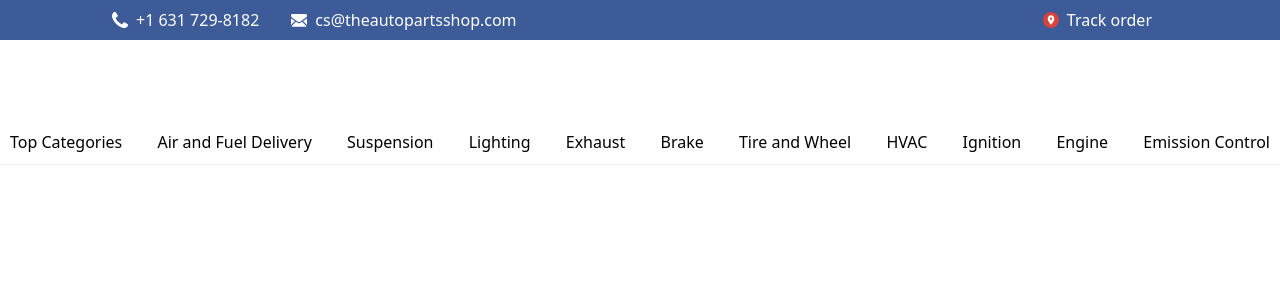
Repository: robindhimanspineor/TAPS-Next
Page: /
These files come from the project's save history. The page is drawn as it stood at one moment and after the next save; the edit follows.
The browser window is 1280 px wide. The pictures show the whole page.
The project was rebuilt for these pictures with package versions that can differ from the ones it lists, and the page was loaded fresh each time. The framework's server and built-in components were replaced by stand-ins that run in the browser. Also part of the build but not shown: next.config.js.

Above is the page before, as saved 2021-09-16 16:52:34.

### src/pages/index.tsx
// import { useRouter } from 'next/router';

// import { Meta } from '../layout/Meta';
// import { Main } from '../templates/Main';
import Header from '../components/common/header';

const Index = () => {
  // const router = useRouter();

  return (
    // <Main
    //   meta={
    //     <Meta
    //       title="Next.js Boilerplate Presentation"
    //       description="Next js Boilerplate is the perfect starter code for your project. Build your React application with the Next.js framework."
    //     />
    //   }
    // >
    // </Main>
    <div>
      <main className="main-container block">
        <Header />
      </main>
    </div>
  );
};

export default Index;

### src/styles/main.css
@tailwind base;
a {
  @apply text-blue-700;
}

a:hover {
  @apply border-b-2 border-blue-700;
}

@tailwind components;
@tailwind utilities;
.content p {
  @apply my-6;
}

.content ul {
  @apply my-6;
}

a {
  text-decoration: none;
  color: black;
}

.logo {
  flex-basis: 260px;
  display: flex;
  align-items: center;
  justify-content: flex-start;
  padding-left: 20px;
}

### src/components/common/header/index.tsx
import TopHeader from './top-header';
import MainHeader from './main-header';
import CategoriesHeader from './categories-header';

const Header = () => {
  return (
    <header className="flex flex-col items-center justify-center w-full static border-b z-50">
      <TopHeader />
      <MainHeader />
      <CategoriesHeader />
    </header>
  );
};

export default Header;

### src/components/common/header/top-header.tsx
import PhoneHandle from '../../../svg/PhoneHandleSvg.js';
import MailBoxSvg from '../../../svg/MailBoxSvg.js';
import TrackOrderSvg from '../../../svg/TrackOrderSvg.js';

import topHeaderStyles from '../../../styles/top-header.module.css';
const TopHeader = () => {
  return (
    <div
      className={`${topHeaderStyles.bgBlue} head-top flex justify-between py-2 pr-32 pl-28  w-full text-base`}
    >
      <div className="w-screen max-w-screen-xl flex justify-between">
        <div className="head-top-left flex text-white font-medium w-9/12">
          <div className="head-top-phone flex items-center text-white w-auto">
            <div
              className="text-white h-6 w-6 flex items-center pr-2"
              style={{ fill: '#fff' }}
            >
              <PhoneHandle />
            </div>
            <p>+1 631 729-8182</p>
          </div>
          <div className="heap-top-email flex items-center text-white w-auto ml-8">
            <div
              className="text-white h-6 w-6 flex items-center pr-2"
              style={{ fill: '#fff' }}
            >
              <MailBoxSvg />
            </div>
            <p>cs@theautopartsshop.com</p>
          </div>
        </div>
        <div className="head-top-right text-white font-medium">
          <div
            className="head-top-track-order flex items-center text-white w-auto cursor-pointer"
            onClick={() => console.log('track order')}
          >
            <div
              className="text-white h-6 w-6 flex items-center pr-2 "
              style={{ fill: '#fff' }}
            >
              <TrackOrderSvg />
            </div>
            <p>Track order</p>
          </div>
        </div>
      </div>
    </div>
  );
};
export default TopHeader;

### src/components/common/header/main-header.tsx
import Logo from './logo';

const MainHeader = () => {
  return (
    <div className="main-header w-screen max-w-screen-xl flex flex-row flex-wrap items-center content-start w-full flex-grow h-20">
      <Logo />
      <div className="searchbar"></div>
      <div className="cart-button"></div>
    </div>
  );
};

export default MainHeader;

### src/components/common/header/categories-header.tsx
import Link from 'next/link';
const CategoriesHeader = () => {
  return (
    <div className="header-categories w-screen max-w-screen-xl flex justify-between ">
      <Link href="/">
        <a className="m-2.5 text-black">Top Categories</a>
      </Link>
      <Link href="/air-and-fuel-delivery">
        <a className="m-2.5 text-black">Air and Fuel Delivery</a>
      </Link>
      <Link href="/suspension">
        <a className="m-2.5 text-black">Suspension</a>
      </Link>
      <Link href="/electrical-lighting-and-body">
        <a className="m-2.5 text-black">Lighting</a>
      </Link>
      <Link href="/exhaust">
        <a className="m-2.5 text-black">Exhaust</a>
      </Link>
      <Link href="/brake">
        <a className="m-2.5 text-black">Brake</a>
      </Link>
      <Link href="/tire-and-wheel">
        <a className="m-2.5 text-black">Tire and Wheel</a>
      </Link>
      <Link href="/hvac">
        <a className="m-2.5 text-black">HVAC</a>
      </Link>
      <Link href="/ignition">
        <a className="m-2.5 text-black">Ignition</a>
      </Link>
      <Link href="/engine">
        <a className="m-2.5 text-black">Engine</a>
      </Link>
      <Link href="/emission-control">
        <a className="m-2.5 text-black">Emission Control</a>
      </Link>
    </div>
  );
};

export default CategoriesHeader;

### src/svg/PhoneHandleSvg.js
import React from 'react';

const PhoneHandle = () => (
  <svg
    version="1.1"
    xmlns="http://www.w3.org/2000/svg"
    xmlnsXlink="http://www.w3.org/1999/xlink"
    x="0px"
    y="0px"
    width="401.998px"
    height="401.998px"
    viewBox="0 0 401.998 401.998"
    style={{ enableBackground: 'new 0 0 401.998 401.998' }}
    xmlSpace="preserve"
    aria-label="phone handle svg"
  >
    <g>
      <path
        d="M401.129,311.475c-1.137-3.426-8.371-8.473-21.697-15.129c-3.61-2.098-8.754-4.949-15.41-8.566
		c-6.662-3.617-12.709-6.95-18.13-9.996c-5.432-3.045-10.521-5.995-15.276-8.846c-0.76-0.571-3.139-2.234-7.136-5
		c-4.001-2.758-7.375-4.805-10.14-6.14c-2.759-1.327-5.473-1.995-8.138-1.995c-3.806,0-8.56,2.714-14.268,8.135
		c-5.708,5.428-10.944,11.324-15.7,17.706c-4.757,6.379-9.802,12.275-15.126,17.7c-5.332,5.427-9.713,8.138-13.135,8.138
		c-1.718,0-3.86-0.479-6.427-1.424c-2.566-0.951-4.518-1.766-5.858-2.423c-1.328-0.671-3.607-1.999-6.845-4.004
		c-3.244-1.999-5.048-3.094-5.428-3.285c-26.075-14.469-48.438-31.029-67.093-49.676c-18.649-18.658-35.211-41.019-49.676-67.097
		c-0.19-0.381-1.287-2.19-3.284-5.424c-2-3.237-3.333-5.518-3.999-6.854c-0.666-1.331-1.475-3.283-2.425-5.852
		s-1.427-4.709-1.427-6.424c0-3.424,2.713-7.804,8.138-13.134c5.424-5.327,11.326-10.373,17.7-15.128
		c6.379-4.755,12.275-9.991,17.701-15.699c5.424-5.711,8.136-10.467,8.136-14.273c0-2.663-0.666-5.378-1.997-8.137
		c-1.332-2.765-3.378-6.139-6.139-10.138c-2.762-3.997-4.427-6.374-4.999-7.139c-2.852-4.755-5.799-9.846-8.848-15.271
		c-3.049-5.424-6.377-11.47-9.995-18.131c-3.615-6.658-6.468-11.799-8.564-15.415C98.986,9.233,93.943,1.997,90.516,0.859
		C89.183,0.288,87.183,0,84.521,0c-5.142,0-11.85,0.95-20.129,2.856c-8.282,1.903-14.799,3.899-19.558,5.996
		c-9.517,3.995-19.604,15.605-30.264,34.826C4.863,61.566,0.01,79.271,0.01,96.78c0,5.135,0.333,10.131,0.999,14.989
		c0.666,4.853,1.856,10.326,3.571,16.418c1.712,6.09,3.093,10.614,4.137,13.56c1.045,2.948,2.996,8.229,5.852,15.845
		c2.852,7.614,4.567,12.275,5.138,13.988c6.661,18.654,14.56,35.307,23.695,49.964c15.03,24.362,35.541,49.539,61.521,75.521
		c25.981,25.98,51.153,46.49,75.517,61.526c14.655,9.134,31.314,17.032,49.965,23.698c1.714,0.568,6.375,2.279,13.986,5.141
		c7.614,2.854,12.897,4.805,15.845,5.852c2.949,1.048,7.474,2.43,13.559,4.145c6.098,1.715,11.566,2.905,16.419,3.576
		c4.856,0.657,9.853,0.996,14.989,0.996c17.508,0,35.214-4.856,53.105-14.562c19.219-10.656,30.826-20.745,34.823-30.269
		c2.102-4.754,4.093-11.273,5.996-19.555c1.909-8.278,2.857-14.985,2.857-20.126C401.99,314.814,401.703,312.819,401.129,311.475z"
      />
    </g>
    <g />
    <g />
    <g />
    <g />
    <g />
    <g />
    <g />
    <g />
    <g />
    <g />
    <g />
    <g />
    <g />
    <g />
    <g />
  </svg>
);

export default PhoneHandle;

### src/svg/MailBoxSvg.js
import React from 'react';

const MailBoxSvg = () => (
  <svg
    version="1.1"
    xmlns="http://www.w3.org/2000/svg"
    xmlnsXlink="http://www.w3.org/1999/xlink"
    x="0px"
    y="0px"
    width="550.795px"
    height="550.795px"
    viewBox="0 0 550.795 550.795"
    style={{ enableBackground: 'new 0 0 550.795 550.795' }}
    xmlSpace="preserve"
    aria-label="mail box"
  >
    <g>
      <g>
        <path
          d="M501.613,491.782c12.381,0,23.109-4.088,32.229-12.16L377.793,323.567c-3.744,2.681-7.373,5.288-10.801,7.767
			c-11.678,8.604-21.156,15.318-28.434,20.129c-7.277,4.822-16.959,9.737-29.045,14.755c-12.094,5.024-23.361,7.528-33.813,7.528
			h-0.306h-0.306c-10.453,0-21.72-2.503-33.813-7.528c-12.093-5.018-21.775-9.933-29.045-14.755
			c-7.277-4.811-16.75-11.524-28.434-20.129c-3.256-2.387-6.867-5.006-10.771-7.809L16.946,479.622
			c9.119,8.072,19.854,12.16,32.234,12.16H501.613z"
        />
        <path
          d="M31.047,225.299C19.37,217.514,9.015,208.598,0,198.555V435.98l137.541-137.541
			C110.025,279.229,74.572,254.877,31.047,225.299z"
        />
        <path
          d="M520.059,225.299c-41.865,28.336-77.447,52.73-106.75,73.195l137.486,137.492V198.555
			C541.98,208.396,531.736,217.306,520.059,225.299z"
        />
        <path
          d="M501.613,59.013H49.181c-15.784,0-27.919,5.33-36.42,15.979C4.253,85.646,0.006,98.97,0.006,114.949
			c0,12.907,5.636,26.892,16.903,41.959c11.267,15.061,23.256,26.891,35.961,35.496c6.965,4.921,27.969,19.523,63.012,43.801
			c18.917,13.109,35.368,24.535,49.505,34.395c12.05,8.396,22.442,15.667,31.022,21.701c0.985,0.691,2.534,1.799,4.59,3.269
			c2.215,1.591,5.018,3.61,8.476,6.107c6.659,4.816,12.191,8.709,16.597,11.683c4.4,2.975,9.731,6.298,15.985,9.988
			c6.249,3.685,12.143,6.456,17.675,8.299c5.533,1.842,10.655,2.766,15.367,2.766h0.306h0.306c4.711,0,9.834-0.924,15.368-2.766
			c5.531-1.843,11.42-4.608,17.674-8.299c6.248-3.69,11.572-7.02,15.986-9.988c4.406-2.974,9.938-6.866,16.598-11.683
			c3.451-2.497,6.254-4.517,8.469-6.102c2.057-1.476,3.605-2.577,4.596-3.274c6.684-4.651,17.1-11.892,31.104-21.616
			c25.482-17.705,63.01-43.764,112.742-78.281c14.957-10.447,27.453-23.054,37.496-37.803c10.025-14.749,15.051-30.22,15.051-46.408
			c0-13.525-4.873-25.098-14.598-34.737C526.461,63.829,514.932,59.013,501.613,59.013z"
        />
      </g>
    </g>
    <g />
    <g />
    <g />
    <g />
    <g />
    <g />
    <g />
    <g />
    <g />
    <g />
    <g />
    <g />
    <g />
    <g />
    <g />
  </svg>
);

export default MailBoxSvg;

### src/svg/TrackOrderSvg.js
import React from 'react';

const TrackOrderSvg = () => (
    <svg xmlns="http://www.w3.org/2000/svg"
        version="1.1"
        id="Layer_1"
        x="0px"
        y="0px"
        viewBox="0 0 28 28"
        style={{ enableBackground: "new 0 0 28 28" }}>

        <circle id="Ellipse_2" fill="#D9433E" cx="14" cy="14" r="14" />
        <path id="Icon_material-location-on" fill="#FFFFFF" d="M14,5.9c-3.1,0-5.7,2.5-5.7,5.7c0,0,0,0,0,0c0,4.3,5.7,10.5,5.7,10.5  s5.7-6.3,5.7-10.5C19.7,8.4,17.1,5.9,14,5.9C14,5.9,14,5.9,14,5.9z M14,13.6c-1.1,0-2-0.9-2-2c0-1.1,0.9-2,2-2c1.1,0,2,0.9,2,2l0,0  C16,12.7,15.1,13.6,14,13.6z" />
    </svg>
);

export default TrackOrderSvg;

### src/styles/top-header.module.css
.bgBlue {
  background-color: #3d5b99;
}

### src/components/common/header/logo.tsx
import Link from 'next/link';

const Logo = () => (
  <div className="logo">
    <Link href="/">
      <span>
        <svg x="0px" y="0px" viewBox="0 0 1004.91 260.67">
          <title>theautopartsshop.com</title>
          <path
            fill="#ff0"
            d="M231.67,154.11"
            transform="translate(-48.51 -38.87)"
          />
          <path
            fill="#ff0"
            d="M259.25,150.17"
            transform="translate(-48.51 -38.87)"
          />
          <path
            fill="#d9433e"
            d="M327.3,76.1h86.6V87.9H376.66V191.22H364.95V87.9H327.3Z"
            transform="translate(-48.51 -38.87)"
          />
          <path
            fill="#d9433e"
            d="M431.62,76h12.2v33.85q8.8-5.33,15.59-5.33h31.1q10.58,0,20.92,10.66,6.87,7.35,6.87,23.59v52.43H506.5V137.58q0-16.07-12.12-20.12l-5.33-.73H461.67q-13.81,0-17.53,12.93l-.32,2.67v58.89h-12.2Z"
            transform="translate(-48.51 -38.87)"
          />
          <path
            fill="#d9433e"
            d="M564.53,104.46h28.19q20.2,0,28.2,21.65l.73,5.74v3.39q0,14.46-16.32,24.4A35.87,35.87,0,0,1,592,162.3H547.08V163q0,11.47,13.33,15.59l7.59.81h20.92q15.83,0,20.12-11.39a34.07,34.07,0,0,0,1.54-6.14h11.07q0,20.76-22.46,28.6l-6.46.73h-24.4q-24.16,0-31.91-19.39a43.41,43.41,0,0,1-1.53-10.66V134.11q0-19.63,19-27.79A26.84,26.84,0,0,1,564.53,104.46Zm-17.85,33.85v12.2h41.12q17,0,20.52-10.34a15.89,15.89,0,0,0,1.54-7.19q0-7-6.06-12.52-4.2-4.2-15.27-4.2H568.73q-12.52,0-16.72,4.93Q546.68,125.38,546.68,138.31Z"
            transform="translate(-48.51 -38.87)"
          />
          <path
            fill="#d9433e"
            d="M983.65,273.4a6.78,6.78,0,0,1-2.56,5.6,11.11,11.11,0,0,1-7.12,2,16.71,16.71,0,0,1-7.43-1.58V274.3A30.63,30.63,0,0,0,971,276a13.3,13.3,0,0,0,3.37.49,4.79,4.79,0,0,0,2.81-.7,2.4,2.4,0,0,0,1-2.08,2.3,2.3,0,0,0-.43-1.37,4.81,4.81,0,0,0-1.27-1.16,32.89,32.89,0,0,0-3.4-1.78,16.1,16.1,0,0,1-3.61-2.17,8.15,8.15,0,0,1-1.92-2.42,6.91,6.91,0,0,1-.72-3.23,6.78,6.78,0,0,1,2.36-5.47,9.8,9.8,0,0,1,6.53-2,15.4,15.4,0,0,1,3.9.48,26.89,26.89,0,0,1,3.89,1.36l-1.79,4.33a26.36,26.36,0,0,0-3.47-1.2,11.18,11.18,0,0,0-2.7-.34,3.57,3.57,0,0,0-2.42.74,2.42,2.42,0,0,0-.84,1.92,2.38,2.38,0,0,0,.34,1.28,3.74,3.74,0,0,0,1.09,1.06,33.55,33.55,0,0,0,3.53,1.84,14,14,0,0,1,5,3.53A6.89,6.89,0,0,1,983.65,273.4Z"
            transform="translate(-48.51 -38.87)"
          />
          <path
            fill="#d9433e"
            d="M1006.43,280.69H1001V269q0-4.34-3.23-4.34a3.67,3.67,0,0,0-3.32,1.56,9.53,9.53,0,0,0-1,5.06v9.44H987.9V252.75h5.48v5.69q0,.67-.13,3.12l-.12,1.62h.29a6.34,6.34,0,0,1,5.82-2.94,7.11,7.11,0,0,1,5.37,1.9,7.56,7.56,0,0,1,1.83,5.46Z"
            transform="translate(-48.51 -38.87)"
          />
          <path
            fill="#d9433e"
            d="M1030.23,270.62q0,4.9-2.58,7.67a9.37,9.37,0,0,1-7.2,2.76,10.07,10.07,0,0,1-5.1-1.27,8.41,8.41,0,0,1-3.39-3.64,12.21,12.21,0,0,1-1.19-5.53q0-4.92,2.57-7.65a9.43,9.43,0,0,1,7.22-2.73,10.13,10.13,0,0,1,5.1,1.26,8.39,8.39,0,0,1,3.39,3.61A12.1,12.1,0,0,1,1030.23,270.62Zm-13.88,0a8.42,8.42,0,0,0,1,4.51,3.5,3.5,0,0,0,3.19,1.53,3.44,3.44,0,0,0,3.15-1.52,8.54,8.54,0,0,0,1-4.51,8.29,8.29,0,0,0-1-4.47,4.12,4.12,0,0,0-6.34,0A8.28,8.28,0,0,0,1016.35,270.62Z"
            transform="translate(-48.51 -38.87)"
          />
          <path
            fill="#d9433e"
            d="M1045.7,281a6.65,6.65,0,0,1-5.55-2.57h-.29q.29,2.51.29,2.91v8.13h-5.48v-28.9h4.45l.77,2.6h.25a6.33,6.33,0,0,1,5.69-3,6.51,6.51,0,0,1,5.57,2.75q2,2.75,2,7.63a15.07,15.07,0,0,1-.94,5.58,7.83,7.83,0,0,1-2.68,3.61A6.88,6.88,0,0,1,1045.7,281Zm-1.62-16.43a3.46,3.46,0,0,0-3,1.25,7.16,7.16,0,0,0-1,4.12v.59a8.45,8.45,0,0,0,1,4.63,3.43,3.43,0,0,0,3,1.4q3.68,0,3.68-6.07a8.67,8.67,0,0,0-.91-4.44A3.09,3.09,0,0,0,1044.09,264.62Z"
            transform="translate(-48.51 -38.87)"
          />
          <path
            fill="#3d5b99"
            d="M363.38,284.2h-16.7V251.25a79.65,79.65,0,0,1,1.21-14.73A20.87,20.87,0,0,1,353,226q3.88-4.2,11.12-6.34t19.2-2.14a168.44,168.44,0,0,1,20.76,1.21q9.69,1.21,17.19,1.92V284.2H404.64V258.48H363.47Zm41.25-51.52q-4.82-.36-10.22-.58t-11.3-.22a39.21,39.21,0,0,0-9.46.94,14.28,14.28,0,0,0-5.8,2.77,10.42,10.42,0,0,0-3.08,4.38,21.9,21.9,0,0,0-1.21,5.76h41.07Z"
            transform="translate(-48.51 -38.87)"
          />
          <path
            fill="#3d5b99"
            d="M459.73,285.27a67,67,0,0,1-11.92-.94,19.65,19.65,0,0,1-8.57-3.57,16,16,0,0,1-5.18-7.28,34.9,34.9,0,0,1-1.74-12.05V238.57H449v22.86a14,14,0,0,0,.63,4.55,6.31,6.31,0,0,0,1.92,2.86,7.71,7.71,0,0,0,3.3,1.52,22.7,22.7,0,0,0,4.87.45q1.69,0,3.13,0t3-.18l3.39-.27q1.83-.13,4.42-.4V238.57h16.61v43.57q-3.39.45-6.79,1t-7.1,1q-3.71.45-7.77.76T459.73,285.27Z"
            transform="translate(-48.51 -38.87)"
          />
          <path
            fill="#3d5b99"
            d="M533.48,250.36H518.93V284.2h-16.7V222.59l16.7-4.29v19.29h14.55Z"
            transform="translate(-48.51 -38.87)"
          />
          <path
            fill="#3d5b99"
            d="M576.87,237.59a117.41,117.41,0,0,1,16.21.94,26.66,26.66,0,0,1,10.67,3.57,14.69,14.69,0,0,1,5.89,7.28,41.59,41.59,0,0,1,0,24.11,14.68,14.68,0,0,1-5.89,7.28,26.63,26.63,0,0,1-10.67,3.57,140.93,140.93,0,0,1-32.46,0A26.3,26.3,0,0,1,550,280.76a14.73,14.73,0,0,1-5.85-7.28,41.58,41.58,0,0,1,0-24.11A14.75,14.75,0,0,1,550,242.1a26.33,26.33,0,0,1,10.67-3.57A118.41,118.41,0,0,1,576.87,237.59Zm0,33.21q5.09,0,8.39-.31a14.21,14.21,0,0,0,5.18-1.29,5.5,5.5,0,0,0,2.63-2.81,13.24,13.24,0,0,0,.76-5,13.61,13.61,0,0,0-.76-5,5.48,5.48,0,0,0-2.63-2.86,14.27,14.27,0,0,0-5.18-1.29q-3.3-.31-8.39-.31t-8.39.31a14.7,14.7,0,0,0-5.22,1.29,5.24,5.24,0,0,0-2.63,2.86,14.34,14.34,0,0,0-.71,5,14,14,0,0,0,.71,5,5.26,5.26,0,0,0,2.63,2.81,14.64,14.64,0,0,0,5.22,1.29Q571.78,270.81,576.87,270.81Z"
            transform="translate(-48.51 -38.87)"
          />
          <path
            fill="#3d5b99"
            d="M672.05,218.21a57.24,57.24,0,0,1,13.71,1.38,23.44,23.44,0,0,1,8.79,4,14.2,14.2,0,0,1,4.69,6.34,24.65,24.65,0,0,1,1.38,8.57,28.61,28.61,0,0,1-1.29,9.11,13,13,0,0,1-4.51,6.29,22,22,0,0,1-8.75,3.66,67.6,67.6,0,0,1-14,1.21H638.66V284.2H622.05v-66h50Zm0,27.77a43.81,43.81,0,0,0,5.67-.31,11.57,11.57,0,0,0,3.88-1.12,5,5,0,0,0,2.23-2.28,8.72,8.72,0,0,0,.71-3.79,8.11,8.11,0,0,0-.8-3.88,5.48,5.48,0,0,0-2.37-2.28,11.43,11.43,0,0,0-3.93-1.07,48.49,48.49,0,0,0-5.4-.27H638.66v15Z"
            transform="translate(-48.51 -38.87)"
          />
          <path
            fill="#3d5b99"
            d="M744.11,237.59a113.36,113.36,0,0,1,12.5.71q6.43.72,11.88,1.52,6.25,1,12.41,2.14V284.2H768.84L766.79,282a54.66,54.66,0,0,1-9.6,2.32,80.48,80.48,0,0,1-13.08,1,118.41,118.41,0,0,1-16.25-.94,26.68,26.68,0,0,1-10.71-3.57,14.66,14.66,0,0,1-5.89-7.28,41.57,41.57,0,0,1,0-24.11,14.67,14.67,0,0,1,5.89-7.28,26.71,26.71,0,0,1,10.71-3.57A118.41,118.41,0,0,1,744.11,237.59Zm0,33.21q1.69,0,4.15-.09t5.18-.22l5.54-.27q2.81-.13,5.31-.31V252.86q-2.5-.09-5.31-.27t-5.54-.31q-2.72-.13-5.18-.22t-4.15-.09q-5.09,0-8.39.31a14.7,14.7,0,0,0-5.22,1.29,5.24,5.24,0,0,0-2.63,2.86,14.33,14.33,0,0,0-.71,5,13.94,13.94,0,0,0,.71,5,5.26,5.26,0,0,0,2.63,2.81,14.64,14.64,0,0,0,5.22,1.29Q739,270.81,744.11,270.81Z"
            transform="translate(-48.51 -38.87)"
          />
          <path
            fill="#3d5b99"
            d="M801.17,239.33q4.46-.58,9.2-1t9.64-.58q4.91-.18,9.64-.18v12q-5.09.27-8.79.71t-6.29.89q-2.95.54-5.09,1.07v32H792.86V240.72Q796.7,239.91,801.17,239.33Z"
            transform="translate(-48.51 -38.87)"
          />
          <path
            fill="#3d5b99"
            d="M871.52,250.36H857V284.2h-16.7V222.59L857,218.3v19.29h14.55Z"
            transform="translate(-48.51 -38.87)"
          />
          <path
            fill="#3d5b99"
            d="M943.67,270.9a12.91,12.91,0,0,1-1.74,6.92,11.93,11.93,0,0,1-5.8,4.51,38.31,38.31,0,0,1-10.71,2.37,144.32,144.32,0,0,1-16.56.49q-3.75-.09-7.68-.4t-7.41-.76q-3.48-.45-6.29-.89l-4.42-.71V271.88q5.44.27,10.45.45,4.28.18,8.66.31t7,.13q5.44.18,8.79.13a40.62,40.62,0,0,0,5.13-.31,5.15,5.15,0,0,0,2.37-.76,1.9,1.9,0,0,0,.67-1.29,1.21,1.21,0,0,0-.36-1.12,3.88,3.88,0,0,0-1.7-.67,28.45,28.45,0,0,0-3.44-.45l-5.58-.45q-10.72-.8-17.41-2a40.1,40.1,0,0,1-10.45-3,10.28,10.28,0,0,1-5-4.51,14.65,14.65,0,0,1-1.29-6.43,12.16,12.16,0,0,1,1.74-6.61,12.55,12.55,0,0,1,5.8-4.55,37.81,37.81,0,0,1,10.71-2.54,129.93,129.93,0,0,1,16.56-.58q4.37.09,8.75.54t7.86,1q4.11.63,7.77,1.34v10.89q-2.32-.27-5.67-.49t-6.83-.4q-3.48-.18-6.7-.31l-5.45-.22q-5.54-.09-8.84,0a46.56,46.56,0,0,0-5.13.36,5.23,5.23,0,0,0-2.41.76,1.52,1.52,0,0,0-.58,1.21,1.45,1.45,0,0,0,.36,1.07,3.35,3.35,0,0,0,1.52.63,24.73,24.73,0,0,0,3.35.45l5.85.45q10.8.8,17.5,2a40.41,40.41,0,0,1,10.4,3,10.31,10.31,0,0,1,5,4.51A14.66,14.66,0,0,1,943.67,270.9Z"
            transform="translate(-48.51 -38.87)"
          />
          <path
            fill="#58585a"
            d="M246.48,147.78a4.09,4.09,0,0,0,4.09-4.09v-2.74a2.07,2.07,0,0,0-2.3-2.06l-18,2-2.48-3.84-10-15.38a7.11,7.11,0,0,0-6-3.25H140.45a6.18,6.18,0,0,0-5.33,3L126,137l-2.35,4-16.24-1.91a3.32,3.32,0,0,0-3.71,3.3v1.77a3.65,3.65,0,0,0,3.65,3.65h12.29l-2.76,4.69-6,3.33-6,3.33a3.32,3.32,0,0,0-1.7,2.9v37.46a2.66,2.66,0,0,0,2.14,2.61l1.74,1,1.74,1a3,3,0,0,1,2.4,2.91l0,5.4,0,8a2.1,2.1,0,0,0,2.36,2.07l1.59-.19,1.59-.19h17.6a1.83,1.83,0,0,0,1.83-1.83V206.72h80.39v13.5a1.92,1.92,0,0,0,1.92,1.92h22a1.91,1.91,0,0,0,1.91-1.91V207.06a3.22,3.22,0,0,1,1.37-2.64l2-1,2-1a3.32,3.32,0,0,0,1.83-1,2.86,2.86,0,0,0,.77-1.9V161.24a3.28,3.28,0,0,0-1.74-2.9l-5.53-2.94-5.53-2.94-4.12-6.37,1.39,1.68ZM137.42,123h77.66l18.27,27.41H121.43Zm104.14,52.61a3.58,3.58,0,0,1,3.58,3.58v5.37a3.24,3.24,0,0,1-3.24,3.24h-30a3.59,3.59,0,0,0-3,1.69l-.3.48-.3.48a3.41,3.41,0,0,1-2.89,1.6H150.66a3.15,3.15,0,0,1-2.67-1.48l-.32-.51-.32-.51a3.75,3.75,0,0,0-3.18-1.76H111.57a3.37,3.37,0,0,1-3.37-3.37v-5.52a3.3,3.3,0,0,1,3.3-3.3h15a3.45,3.45,0,0,1,3.41,2.89l.22,1,.22,1a2.37,2.37,0,0,0,2.32,1.86h85.46a2.53,2.53,0,0,0,2.52-2.52v-.31a3.94,3.94,0,0,1,3.94-3.94h17Z"
            transform="translate(-48.51 -38.87)"
          />
          <path
            fill="#58585a"
            d="M147.65,44.92V39.66l-18.16,5.68a2.82,2.82,0,0,0-1.8,3.68l2.89,7.71-14.44,7.88-5.7-8a1.51,1.51,0,0,0-2.09-.36L93.76,67.68a1.51,1.51,0,0,0-.37,2.12l5.67,6.63L87.25,88.25l-6.61-5.78a1.51,1.51,0,0,0-2.07.46L67,97.63a1.51,1.51,0,0,0,.3,2l6.85,5.71-6.57,13.13-9-2.26a1.51,1.51,0,0,0-1.83,1.1l-4.53,18.13a1.51,1.51,0,0,0,1.05,1.82L61,139.46l-2,15.1H50a1.51,1.51,0,0,0-1.51,1.51v18A1.51,1.51,0,0,0,50,175.57h9l1.31,17.07L52.42,196a1.51,1.51,0,0,0-.84,1.87l5.67,17a1.51,1.51,0,0,0,1.85,1l7.8-2.23,7.88,14.44-7.93,5.67a1.51,1.51,0,0,0-.33,2.13l10,13.38a1.51,1.51,0,0,0,2,.35l8-4.46L98.41,257l-5.55,6.66a1.51,1.51,0,0,0,.25,2.17L106.65,276a1.51,1.51,0,0,0,1.87,0l7-5.8,13.13,6.57-3.29,7.68a1.51,1.51,0,0,0,.91,2l18.14,6-11.82-21s-52.52-15.76-67-85.35c0,0-17.07-84,69.59-124.74C135.18,61.33,139.12,50.83,147.65,44.92Z"
            transform="translate(-48.51 -38.87)"
          />
          <path
            fill="#3d5b99"
            d="M182.26,96.67,171.12,78.25l8.44-20,28.33-2.17A38.73,38.73,0,0,0,140,62.58l0,1.65c-17.78,9.3-53.1,34.1-63,75.89,0,0-10.77,44,7.45,79.68,0,0,12,27.32,52.1,42l.88-29.77-1.25-2.58a6.82,6.82,0,0,0-4.09-1.36H116.16a7.85,7.85,0,0,1-5.55-2.3,2.62,2.62,0,0,1-.77-1.85V212.75a5.15,5.15,0,0,0-1.51-3.65l-9.23-7.91a5.2,5.2,0,0,1-1.52-3.68v-33a12.31,12.31,0,0,1,1.3-5.51l1.1-2.21a6.26,6.26,0,0,0,.66-2.8l.31-13.75s1.81-5,4-5h2.11c1.87,0,4.62-8.24,5.66-9.8,3.1-4.63,18.15-19,30.25-28.8l.32,2.38a38.73,38.73,0,0,0,67.23-4.46Z"
            transform="translate(-48.51 -38.87)"
          />
          <path
            fill="#3d5b99"
            d="M277.2,145.8c-11.37-54.92-57.36-72.24-57.36-72.24L215,101.14c12.35,7.41,24.69,24.76,29,31.23a5.6,5.6,0,0,0,4.66,2.49h2.11c2.23,0,4,.5,4,2.73l-1.31,22.06a6.26,6.26,0,0,0,.66,2.8l1.1,2.21a12.31,12.31,0,0,1,1.3,5.51v33a5.2,5.2,0,0,1-1.52,3.68l-7.91,6.6a5.16,5.16,0,0,0-1.51,3.65v6a2.62,2.62,0,0,1-.77,1.85c-1.47,1.47-3.47,3.61-5.55,3.61H223.43a6.82,6.82,0,0,0-4.09,1.36L208,236.67a37.94,37.94,0,0,0-61.74,6l27.82-.07,9.65,18.9-9.56,18.9-27.82.07a38,38,0,0,0,66.1-.4l.5-7.91,2.73-3.69c37.06-22.67,47.55-45.64,47.55-45.64C284.21,197.23,277.2,145.8,277.2,145.8Z"
            transform="translate(-48.51 -38.87)"
          />
          <path
            fill="#58585a"
            d="M207.4,46.23V41l15.54,5.68a2.82,2.82,0,0,1,1.8,3.68L224.47,58l11.82,7.88,5.7-8a1.51,1.51,0,0,1,2.09-.36L258.66,69a1.51,1.51,0,0,1,.37,2.12l-5.67,6.63,11.82,11.82,6.61-5.78a1.51,1.51,0,0,1,2.07.46l11.6,14.69a1.51,1.51,0,0,1-.3,2l-8.17,4.4,7.88,14.44,9-2.26a1.51,1.51,0,0,1,1.83,1.1l4.53,18.13a1.51,1.51,0,0,1-1.05,1.82l-6.47,2.22.66,15.1h9a1.51,1.51,0,0,1,1.51,1.51v18a1.51,1.51,0,0,1-1.51,1.51h-9L290.78,194,300,196a1.51,1.51,0,0,1,.84,1.87l-5.67,18.32a1.51,1.51,0,0,1-1.85,1L284.21,215l-7.88,13.13,7.93,5.67a1.51,1.51,0,0,1,.33,2.13l-11.35,14.69a1.51,1.51,0,0,1-2,.35l-6.69-4.46L252.7,258.29l5.55,5.34a1.51,1.51,0,0,1-.25,2.17l-13.53,11.46a1.51,1.51,0,0,1-1.87,0l-5.65-8.43-13.13,7.88.67,9a1.51,1.51,0,0,1-.91,2l-15.51,4.73,13.13-22.32S269.11,257,285.52,188.7c0,0,21-84-65.65-124.74C219.87,64,215.93,52.14,207.4,46.23Z"
            transform="translate(-48.51 -38.87)"
          />
        </svg>
      </span>
    </Link>
  </div>
);

export default Logo;

Loaded but not shown: src/pages/_app.tsx (common file); src/pages/_document.tsx (common file); src/utils/AppConfig.ts (common file); tailwind.config.js (common file)

After the next save:
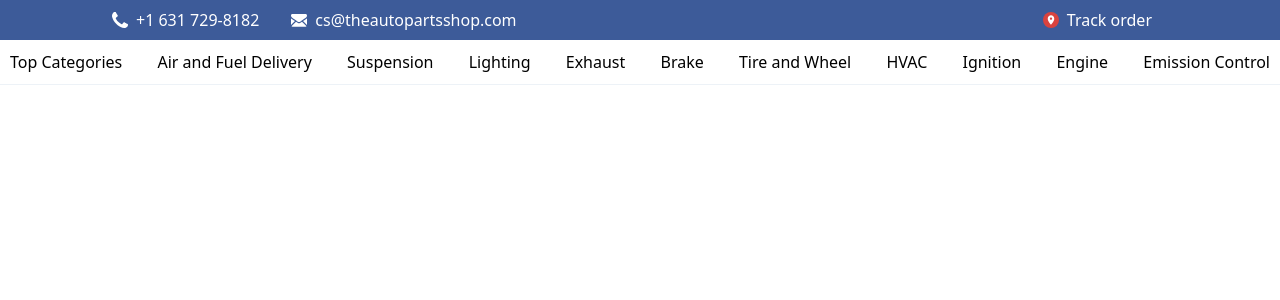
Saved 20 s later.
--- a/src/components/common/header/main-header.tsx
+++ b/src/components/common/header/main-header.tsx
@@ -2,7 +2,7 @@ import Logo from './logo';
 
 const MainHeader = () => {
   return (
-    <div className="main-header w-screen max-w-screen-xl flex flex-row flex-wrap items-center content-start w-full flex-grow h-20">
+    <div className="main-header">
       <Logo />
       <div className="searchbar"></div>
       <div className="cart-button"></div>

After the save that followed:
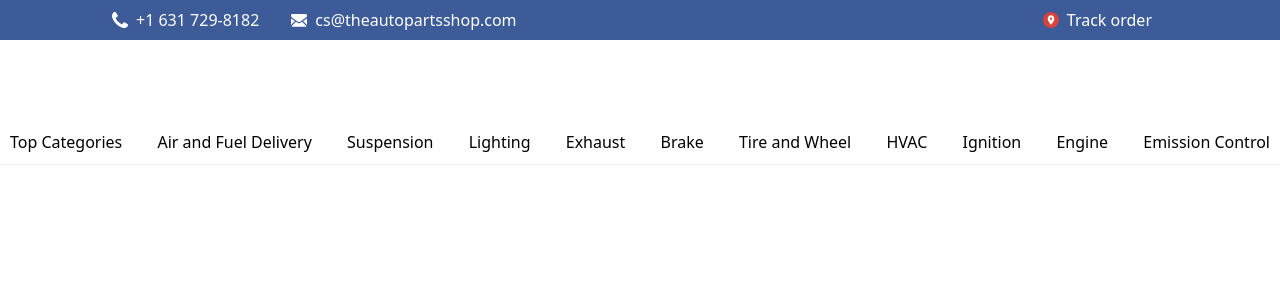
Saved 33 s later.
--- a/src/styles/main.css
+++ b/src/styles/main.css
@@ -22,6 +22,19 @@ a {
   color: black;
 }
 
+.main-header {
+  display: flex;
+  flex-direction: row;
+  flex-wrap: nowrap;
+  align-content: flex-start;
+  align-items: center;
+  height: 80px;
+  max-width: 1580px;
+  flex-grow: 1;
+  width: 100%;
+  padding: 0 125px 0 115px;
+}
+
 .logo {
   flex-basis: 260px;
   display: flex;
